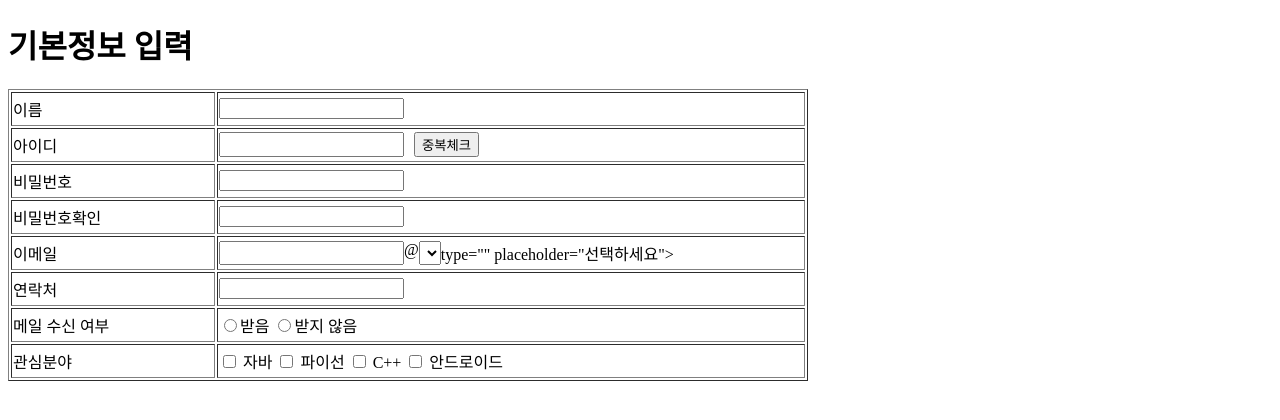
Repository: WonSeungUn/VSCODE
Page: web_work/Html/WebContent/input.html
The author's editor kept a copy of each file at every save. The page is drawn from the files as they stood at one save, then again after the next save.
The browser window is 1280 px wide. The pictures show the whole page.

Above is the page before, as saved 2024-07-08 06:37:28.

### web_work/Html/WebContent/input.html
<!DOCTYPE html>
<html>
<head>
<meta charset="UTF-8">
<title>Insert title here</title>
</head>
<body>
	<h1>기본정보 입력</h1>
	<table border="1" width="800">
		<tbody>
			<tr>
				<td width="200">이름</td>
				<td height ="30">
					<form action="#">
						<input type="text" name="username">
					</form>
				</td>
			</tr>
			<tr>
				<td width="200">아이디</td>
				<td height ="30" >
					<form action="#" style="display : flex;">
						<input type="text" name="userId" style="display : grid;">
						<button style="margin-left: 10px;">중복체크</button>
					</form>
				</td>
			</tr>
			<tr>
				<td width="200">비밀번호</td>
				<td height ="30">
					<form action="">
						<input type="password" name="password">
					</form>
				</td>
			</tr>
			<tr>
				<td width="200">비밀번호확인</td>
				<td height ="30">
					<form action="">
						<input type="password" name="passwordCheck">
					</form>
				</td>
			</tr>
			<tr>
				<td width="200">이메일</td>
				<td height ="30">
					<form action="" style="display : flex;">
						<input type="email" name="email">
						@
						<select></select> type="" placeholder="선택하세요">
					</form>
				</td>
			</tr>
			<tr>
				<td width="200">연락처</td>
				<td height ="30">
					<form action="">
						<input type="tel" name="tel">
					</form>
				</td>
			</tr>
			<tr>
				<td width="200">메일 수신 여부</td>
				<td height ="30">
					<form action="">
						<input type="radio" name="chk_info" value="받음" id="yes_email">받음

						<input type="radio" name="chk_info" value="받지않음" id="no_email">받지 않음

					</form>
				</td>
			</tr>
			<tr>
				<td width="200">관심분야</td>
				<td height ="30">
					<form action="">
						<input type="checkbox" name="chk_interest" id="Java">
						<label for="Java">자바</label>

						<input type="checkbox" name="chk_interest" id="Python">
						<label for="Python">파이선</label>

						<input type="checkbox" name="chk_interest" id="C++">
						<label for="C++">C++</label>

						<input type="checkbox" name="chk_interest" id="Android">
						<label for="Android">안드로이드</label>
					</form>
				</td>
			</tr>
		</tbody>
	</table>
</body>
</html>

After the next save:
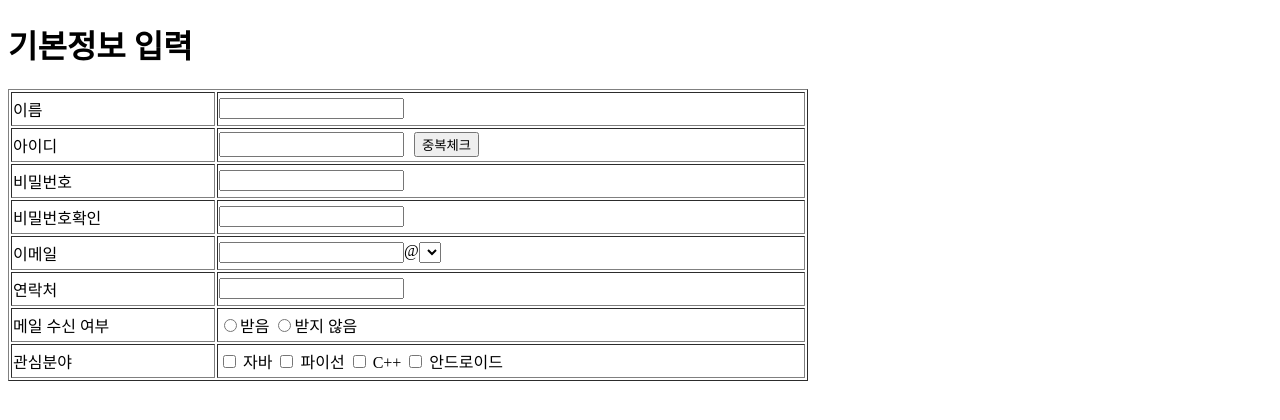
Saved 27 s later.
--- a/web_work/Html/WebContent/input.html
+++ b/web_work/Html/WebContent/input.html
@@ -47,7 +47,7 @@
 					<form action="" style="display : flex;">
 						<input type="email" name="email">
 						@
-						<select></select> type="" placeholder="선택하세요">
+						<select>선택하세요</select>
 					</form>
 				</td>
 			</tr>
